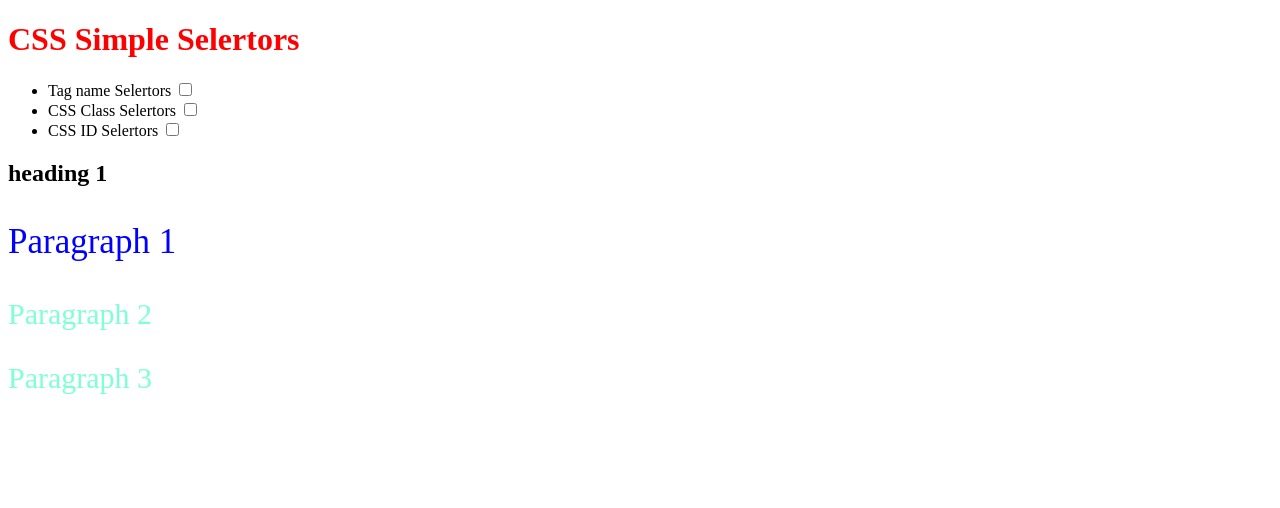
Repository: phanvu0103/HTML-CSS
Page: CSS_24_CSS-Selertors-là_gì/02_Simple_Selertors/index.html
The author's editor kept a copy of each file at every save. The page is drawn from the files as they stood at one save, then again after the next save.
The browser window is 1280 px wide. The pictures show the whole page.

Above is the page before, as saved 2022-10-19 10:37:18.

### CSS_24_CSS-Selertors-là_gì/02_Simple_Selertors/index.html
<!DOCTYPE html>
<html lang="en">
  <head>
    <meta charset="UTF-8" />
    <meta name="viewport" content="width=device-width, initial-scale=1.0" />
    <link rel="stylesheet" href="style.css" />
    <title>Document</title>
  </head>
  <body>
    <h1>CSS Simple Selertors</h1>
    <ul>
      <li>
        Tag name Selertors
        <input type="checkbox" />
      </li>
      <li>
        CSS Class Selertors
        <input type="checkbox" />
      </li>
      <li>
        CSS ID Selertors
        <input type="checkbox" />
      </li>
    </ul>
    <h2>heading 1</h2>
    <p id="heading">Paragraph 1</p>
    <p class="text">Paragraph 2</p>
    <p class="text">Paragraph 3</p>
  </body>
</html>

### CSS_24_CSS-Selertors-là_gì/02_Simple_Selertors/style.css
h1 {
  color: red;
}
.text {
  color: aquamarine;
  font-size: 30px;
}
#heading {
  color: blue;
  font-size: 35px;
}

After the next save:
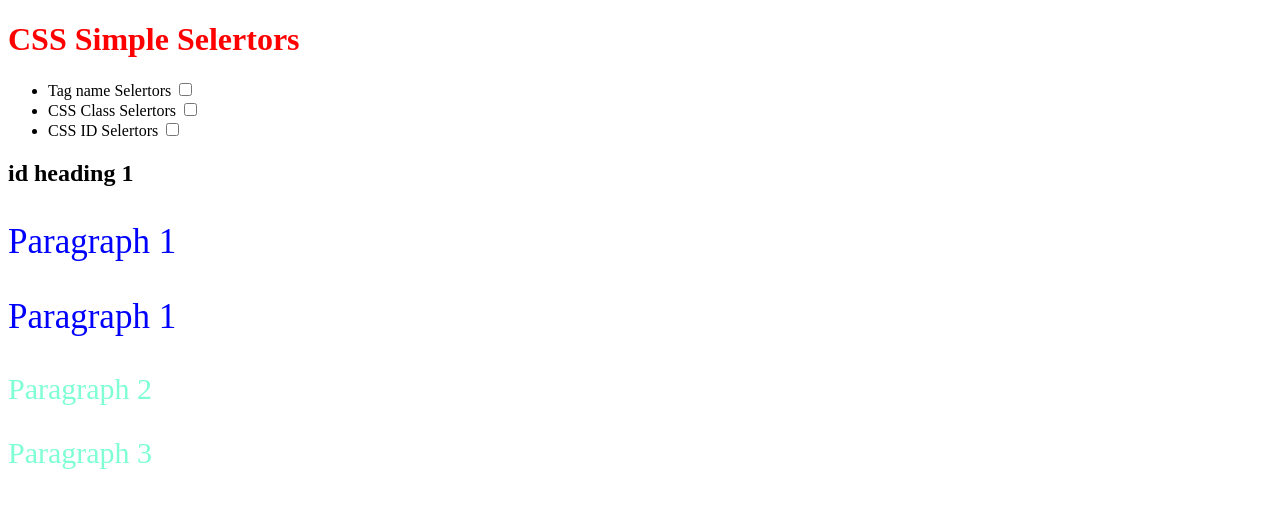
Saved 3 min 50 s later.
--- a/CSS_24_CSS-Selertors-là_gì/02_Simple_Selertors/index.html
+++ b/CSS_24_CSS-Selertors-là_gì/02_Simple_Selertors/index.html
@@ -22,7 +22,8 @@
         <input type="checkbox" />
       </li>
     </ul>
-    <h2>heading 1</h2>
+    <h2>id heading 1</h2>
+    <p id="heading">Paragraph 1</p>
     <p id="heading">Paragraph 1</p>
     <p class="text">Paragraph 2</p>
     <p class="text">Paragraph 3</p>

After the save that followed:
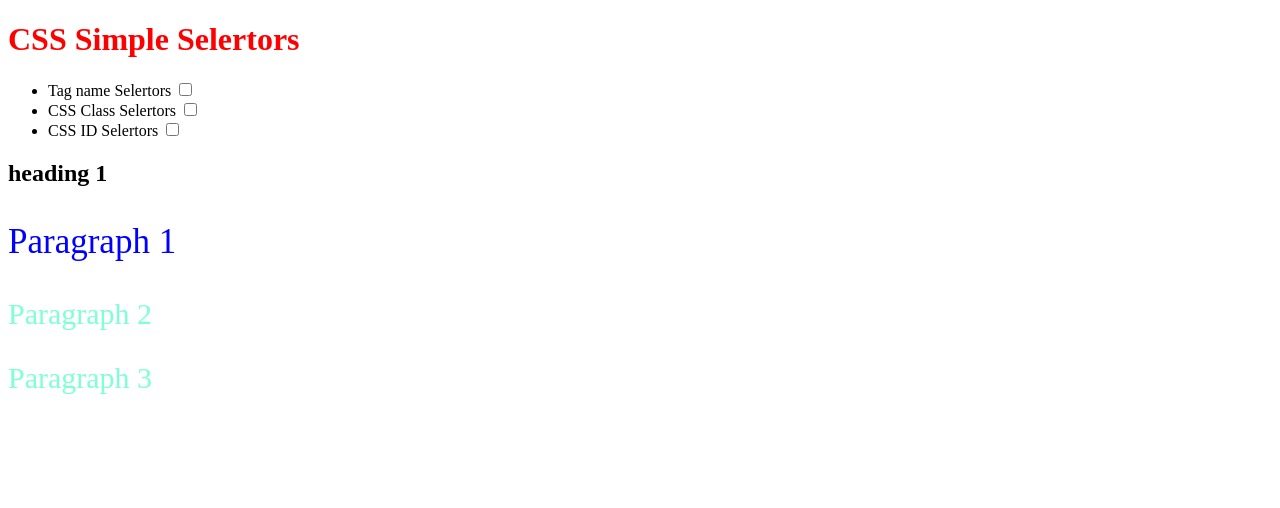
Saved 18 s later.
--- a/CSS_24_CSS-Selertors-là_gì/02_Simple_Selertors/index.html
+++ b/CSS_24_CSS-Selertors-là_gì/02_Simple_Selertors/index.html
@@ -22,8 +22,7 @@
         <input type="checkbox" />
       </li>
     </ul>
-    <h2>id heading 1</h2>
-    <p id="heading">Paragraph 1</p>
+    <h2>heading 1</h2>
     <p id="heading">Paragraph 1</p>
     <p class="text">Paragraph 2</p>
     <p class="text">Paragraph 3</p>
